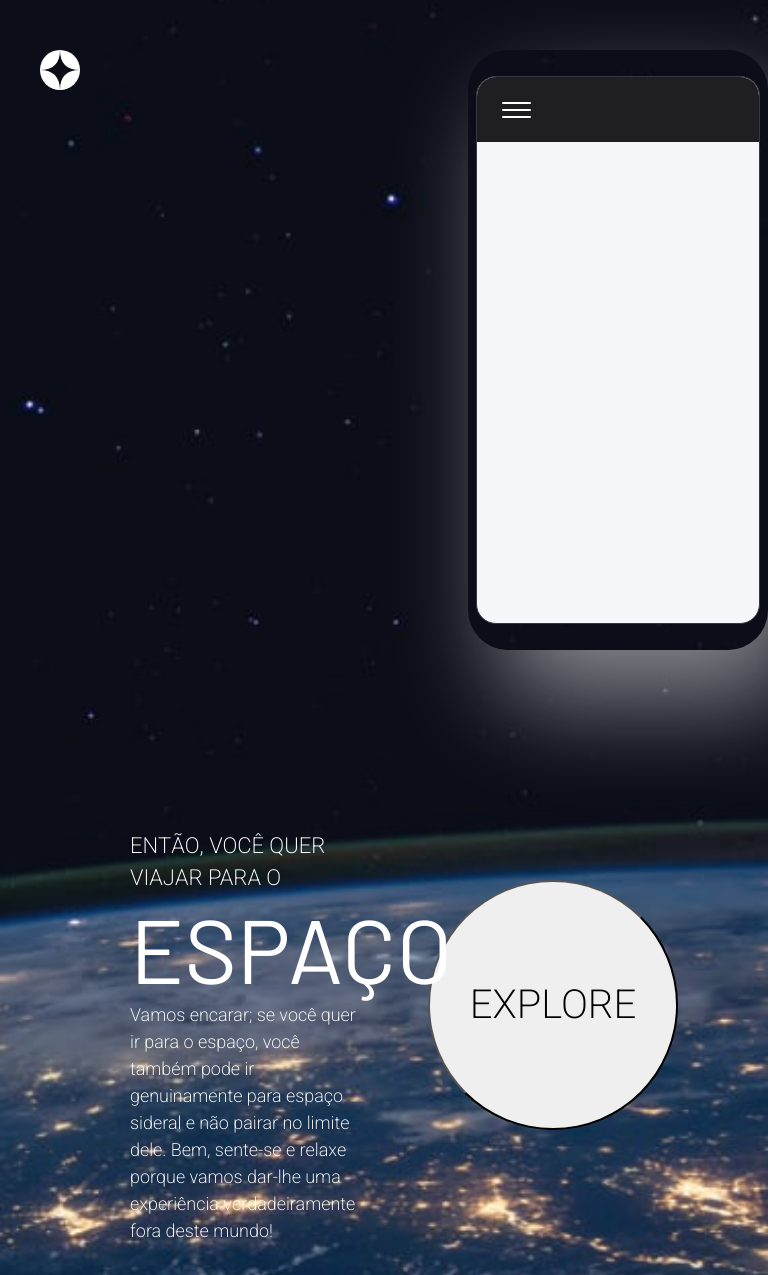
Repository: Leonngc/space-site
Page: space-tourism-website-main/space-tourism-website-main/starter-code/index.html
These files come from the project's save history. The page is drawn as it stood at one moment and after a run of saves; the edit follows.
The browser window is 768 px wide. The pictures show the whole page.
Some web libraries are served in a nearby version.

Above is the page before, as saved 2023-04-29 16:48:12.

After the next 2 saves:
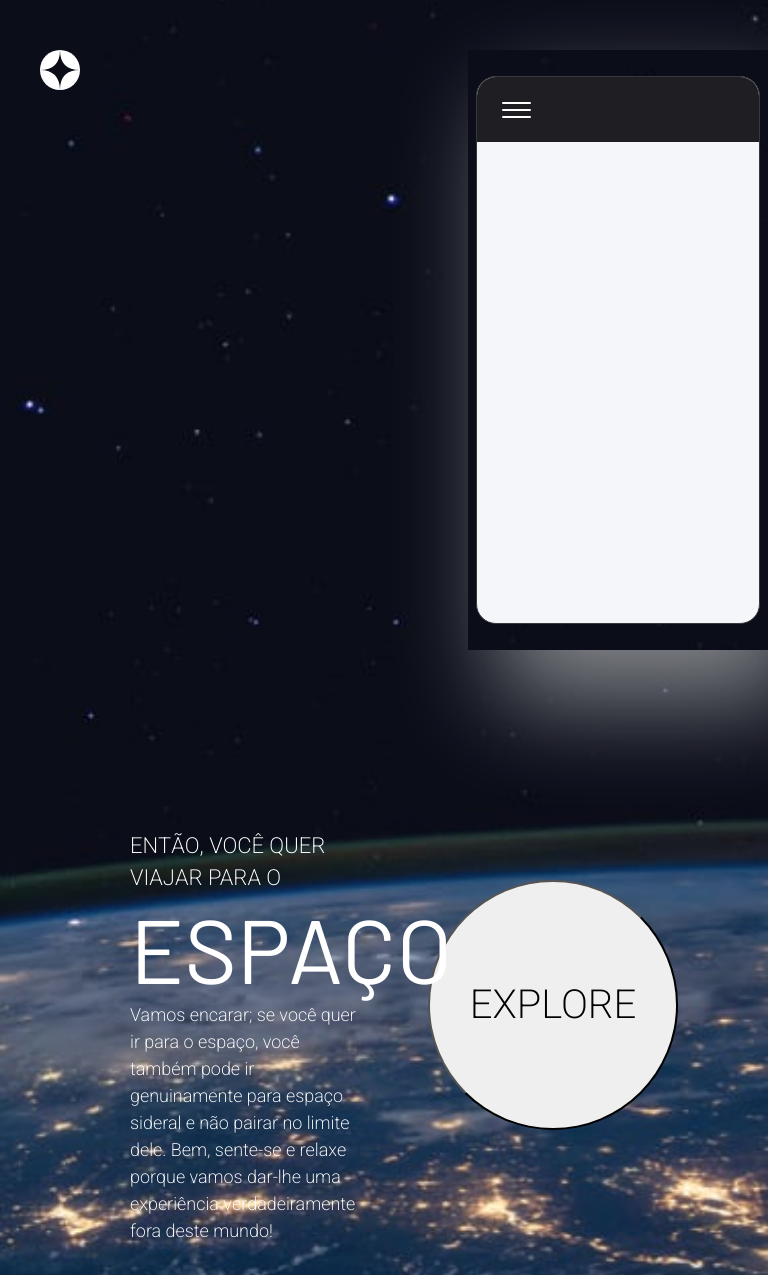
The 2 saves are shown as one change because they came seconds apart.
The last was saved 10 s later.
--- a/space-tourism-website-main/space-tourism-website-main/starter-code/styles/menu.css
+++ b/space-tourism-website-main/space-tourism-website-main/starter-code/styles/menu.css
@@ -77,7 +77,6 @@ header{
         align-items: center;
       }
       .phone {
-        border-radius: 40px;
         width: 300px;
         height: 600px;
         Display: flex;
